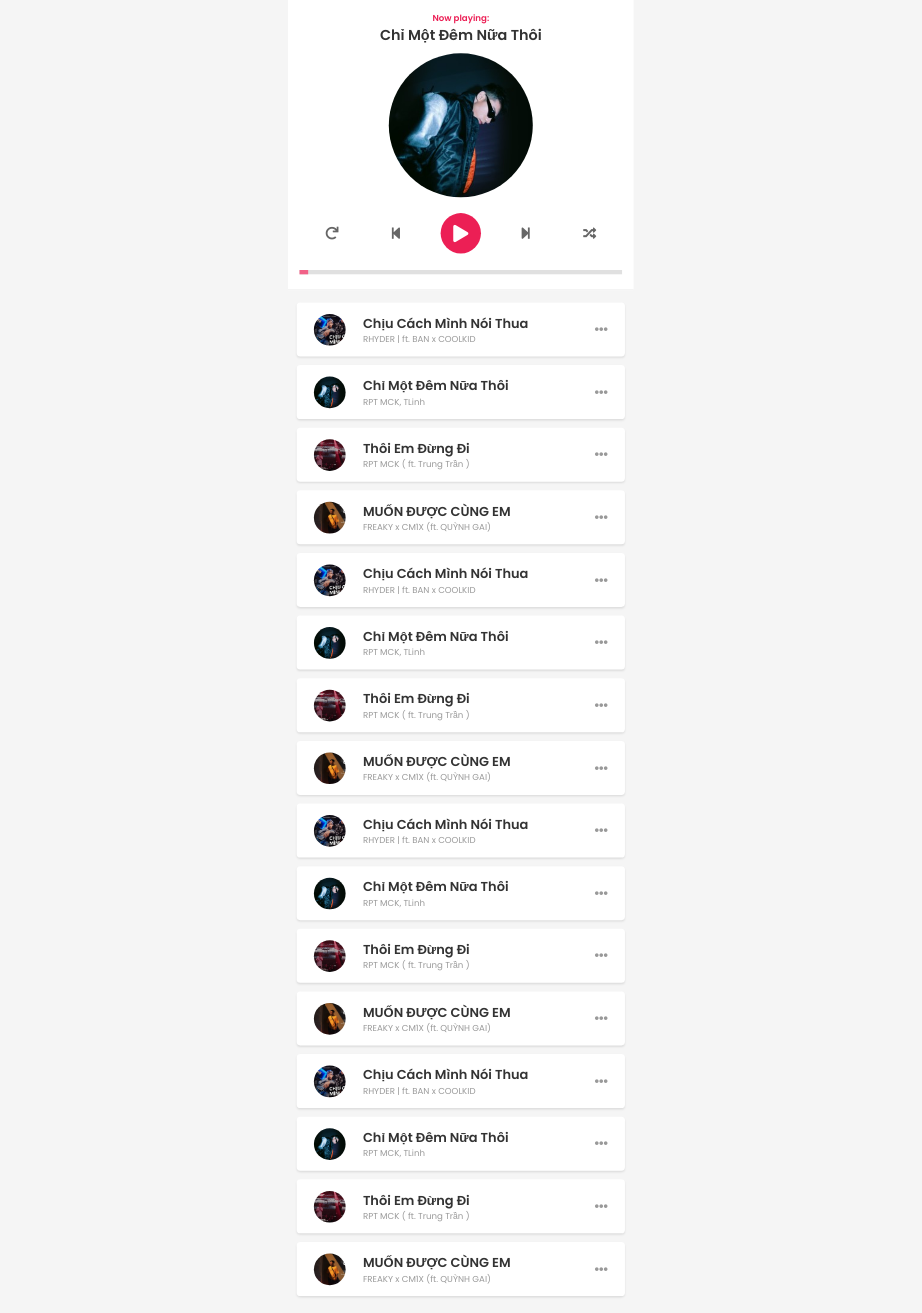
Repository: ChiNg22nd04/MusicPlayer
Page: index.html
The author's editor kept a copy of each file at every save. The page is drawn from the files as they stood at one save, then again after the next save.
The browser window is 1280 px wide. The pictures show the whole page, at 72% of full size.

Above is the page before, as saved 2023-12-31 16:47:05.

### index.html
<!DOCTYPE html>
<html lang="en">
<head>
    <meta charset="UTF-8">
    <meta name="viewport" content="width=device-width, initial-scale=1.0">
    <title>Music player</title>
    <link rel="stylesheet" href="https://cdnjs.cloudflare.com/ajax/libs/font-awesome/5.15.2/css/all.min.css" integrity="sha512-HK5fgLBL+xu6dm/Ii3z4xhlSUyZgTT9tuc/hSrtw6uzJOvgRr2a9jyxxT1ely+B+xFAmJKVSTbpM/CuL7qxO8w==" crossorigin="anonymous" />
    <link rel="preconnect" href="https://fonts.gstatic.com">
    <link href="https://fonts.googleapis.com/css2?family=Poppins:wght@300;400;600&display=swap" rel="stylesheet">
    <link rel="stylesheet" href="./assets/css/style.css">
</head>
<body>


<div class="player">
  <!-- Dashboard -->
  <div class="dashboard">
    <!-- Header -->
    <header>
      <h4>Now playing:</h4>
      <h2>String 57th & 9th</h2>
    </header>

    <!-- CD -->
    <div class="cd">
      <div class="cd-thumb"
        style="background-image: url(./assets/img/cmdnt.jpeg);">

      </div>
    </div>

    <!-- Control -->
    <div class="control">
      <div class="btn btn-repeat">
        <i class="fas fa-redo"></i>
      </div>
      <div class="btn btn-prev">
        <i class="fas fa-step-backward"></i>
      </div>
      <div class="btn btn-toggle-play">
        <i classa="fas fa-pause icon-pause"></i>
        <i class="fas fa-play icon-play"></i>
      </div>
      <div class="btn btn-next">
        <i class="fas fa-step-forward"></i>
      </div>
      <div class="btn btn-random">
        <i class="fas fa-random"></i>
      </div>
    </div>

    <input id="progress" class="progress" type="range" value="0" step="1" min="0" max="100">

    <audio id="audio" src=""></audio>
  </div>

  <!-- Playlist -->
  <div class="playlist">

  </div>
</div>
<script src="./main.js"></script>
<!-- Design from: https://static.collectui.com/shots/3671744/musicloud-revolutionary-app-for-music-streaming-large -->
</body>
</html>

### assets/css/style.css
:root {
    --primary-color: #ec1f55;
    --text-color: #333;
  }

  * {
    padding: 0;
    margin: 0;
    box-sizing: inherit;
  }

  body {
    background-color: #f5f5f5;
  }

  html {
    box-sizing: border-box;
    font-family: "Poppins", sans-serif;
  }

  .player {
    position: relative;
    max-width: 480px;
    margin: 0 auto;
  }

  .player .icon-pause {
    display: none ;

  }

  .player.playing .icon-pause {
    display: inline-block ;
  }

  .player.playing .icon-play {
    display: none;
  }

  .dashboard {
    padding: 16px 16px 14px;
    background-color: #fff;
    position: fixed;
    top: 0;
    width: 100%;
    max-width: 480px;
    border-bottom: 1px solid #ebebeb;
  }

  /* HEADER */
  header {
    text-align: center;
    margin-bottom: 10px;
  }

  header h4 {
    color: var(--primary-color);
    font-size: 12px;
  }

  header h2 {
    color: var(--text-color);
    font-size: 20px;
  }

  /* CD */
  .cd {
    display: flex;
    margin: auto;
    width: 200px;
  }

  .cd-thumb {
    width: 100%;
    padding-top: 100%;
    border-radius: 50%;
    background-color: #333;
    background-size: cover;
    margin: auto;
  }

  /* CONTROL */
  .control {
    display: flex;
    align-items: center;
    justify-content: space-around;
    padding: 18px 0 8px 0;
  }

  .control .btn {
    color: #666;
    padding: 18px;
    font-size: 18px;
  }

  .control .btn.active {
    color: var(--primary-color);
  }
  .control .btn-toggle-play {
    width: 56px;
    height: 56px;
    border-radius: 50%;
    font-size: 24px;
    color: #fff;
    display: flex;
    align-items: center;
    justify-content: center;
    background-color: var(--primary-color);
  }

  .progress {
    width: 100%;
    -webkit-appearance: none;
    height: 6px;
    background: #d3d3d3;
    outline: none;
    opacity: 0.7;
    -webkit-transition: 0.2s;
    transition: opacity 0.2s;
  }

  .progress::-webkit-slider-thumb {
    -webkit-appearance: none;
    appearance: none;
    width: 12px;
    height: 6px;
    background-color: var(--primary-color);
    cursor: pointer;
  }

  /* PLAYLIST */
  .playlist {
    margin-top: 408px;
    padding: 12px;
  }

  .song {
    display: flex;
    align-items: center;
    margin-bottom: 12px;
    background-color: #fff;
    padding: 8px 16px;
    border-radius: 5px;
    box-shadow: 0 2px 3px rgba(0, 0, 0, 0.1);
  }

  .song.active {
    background-color: var(--primary-color);
  }

  .song:active {
    opacity: 0.8;
  }

  .song.active .option,
  .song.active .author,
  .song.active .title {
    color: #fff;
  }

  .song .thumb {
    width: 44px;
    height: 44px;
    border-radius: 50%;
    background-size: cover;
    margin: 0 8px;
  }

  .song .body {
    flex: 1;
    padding: 0 16px;
  }

  .song .title {
    font-size: 18px;
    color: var(--text-color);
  }

  .song .author {
    font-size: 12px;
    color: #999;
  }

  .song .option {
    padding: 16px 8px;
    color: #999;
    font-size: 18px;
  }

### main.js
const $ = document.querySelector.bind(document);
const $$ = document.querySelectorAll.bind(document);

const playlist = $('.playlist');
const audio = $('#audio');
const heading = $('header h2');
const cdThumb = $('.cd-thumb');
const playBtn = $('.btn-toggle-play');
const player = $('.player');
const nextBtn = $('.btn-next');
const prevBtn = $('.btn-prev');
//! List bài hát
const app = {
    currentIndex: 0,
    isPlaying: false,
    listSong: [
        {
            name: 'Chịu Cách Mình Nói Thua',
            singer: 'RHYDER | ft. BAN x COOLKID ',
            path: './assets/music/ChiuCachMinhNoiThua-RHYDERCoolkidBAN-12449134.mp3',
            img:'./assets/img/ccmnt.jpeg',
        },
        {
            name: 'Chỉ Một Đêm Nữa Thôi',
            singer: 'RPT MCK, TLinh',
            path: './assets/music/ChiMotDemNuaThoi-MCK-8804087.mp3',
            img: './assets/img/cmdnt.jpeg',
        },
        {
            name: 'Thôi Em Đừng Đi',
            singer: 'RPT MCK ( ft. Trung Trần )',
            path: './assets/music/ThoiEmDungDi-MCK-8804088.mp3',
            img: './assets/img/tedd.jpeg',
        },
        {
            name: 'MUỐN ĐƯỢC CÙNG EM',
            singer: 'FREAKY x CM1X (ft. QUỲNH GAI)',
            path: './assets/music/MuonDuocCungEm-Freaky-6792500.mp3',
            img: './assets/img/mdce.jpeg',
        },
        {
            name: 'Chịu Cách Mình Nói Thua',
            singer: 'RHYDER | ft. BAN x COOLKID ',
            path: './assets/music/ChiuCachMinhNoiThua-RHYDERCoolkidBAN-12449134.mp3',
            img:'./assets/img/ccmnt.jpeg',
        },
        {
            name: 'Chỉ Một Đêm Nữa Thôi',
            singer: 'RPT MCK, TLinh',
            path: './assets/music/ChiMotDemNuaThoi-MCK-8804087.mp3',
            img: './assets/img/cmdnt.jpeg',
        },
        {
            name: 'Thôi Em Đừng Đi',
            singer: 'RPT MCK ( ft. Trung Trần )',
            path: './assets/music/ThoiEmDungDi-MCK-8804088.mp3',
            img: './assets/img/tedd.jpeg',
        },
        {
            name: 'MUỐN ĐƯỢC CÙNG EM',
            singer: 'FREAKY x CM1X (ft. QUỲNH GAI)',
            path: './assets/music/MuonDuocCungEm-Freaky-6792500.mp3',
            img: './assets/img/mdce.jpeg',
        },
        {
            name: 'Chịu Cách Mình Nói Thua',
            singer: 'RHYDER | ft. BAN x COOLKID ',
            path: './assets/music/ChiuCachMinhNoiThua-RHYDERCoolkidBAN-12449134.mp3',
            img:'./assets/img/ccmnt.jpeg',
        },
        {
            name: 'Chỉ Một Đêm Nữa Thôi',
            singer: 'RPT MCK, TLinh',
            path: './assets/music/ChiMotDemNuaThoi-MCK-8804087.mp3',
            img: './assets/img/cmdnt.jpeg',
        },
        {
            name: 'Thôi Em Đừng Đi',
            singer: 'RPT MCK ( ft. Trung Trần )',
            path: './assets/music/ThoiEmDungDi-MCK-8804088.mp3',
            img: './assets/img/tedd.jpeg',
        },
        {
            name: 'MUỐN ĐƯỢC CÙNG EM',
            singer: 'FREAKY x CM1X (ft. QUỲNH GAI)',
            path: './assets/music/MuonDuocCungEm-Freaky-6792500.mp3',
            img: './assets/img/mdce.jpeg',
        },
        {
            name: 'Chịu Cách Mình Nói Thua',
            singer: 'RHYDER | ft. BAN x COOLKID ',
            path: './assets/music/ChiuCachMinhNoiThua-RHYDERCoolkidBAN-12449134.mp3',
            img:'./assets/img/ccmnt.jpeg',
        },
        {
            name: 'Chỉ Một Đêm Nữa Thôi',
            singer: 'RPT MCK, TLinh',
            path: './assets/music/ChiMotDemNuaThoi-MCK-8804087.mp3',
            img: './assets/img/cmdnt.jpeg',
        },
        {
            name: 'Thôi Em Đừng Đi',
            singer: 'RPT MCK ( ft. Trung Trần )',
            path: './assets/music/ThoiEmDungDi-MCK-8804088.mp3',
            img: './assets/img/tedd.jpeg',
        },
        {
            name: 'MUỐN ĐƯỢC CÙNG EM',
            singer: 'FREAKY x CM1X (ft. QUỲNH GAI)',
            path: './assets/music/MuonDuocCungEm-Freaky-6792500.mp3',
            img: './assets/img/mdce.jpeg',
        },

    ],

    //hàm để render ra view
    render: function() {
        const htmls = this.listSong.map((song) => {
            return `
            <div class="song">
                <div class="thumb"
                    style="background-image: url('${song.img}');">
                </div>
                <div class="body">
                    <h3 class="title">${song.name}</h3>
                    <p class="author">${song.singer}</p>
                </div>
                <div class="option">
                    <i class="fas fa-ellipsis-h"></i>
                </div>
            </div>
       `

        })
        $('.playlist').innerHTML = htmls.join('\n');
    },
    //handleEven
    handleEnvens: function() {
        // xử lý phóng to thu nhỏ
        const cdWidth =  $('.cd').offsetWidth
        document.onscroll = function() {
            // const scroll = window.scrollY
            const scroll = document.documentElement.scrollTop || window.scrollY
            const cdNew = cdWidth - scroll
            // nếu cdNew > 0 thì
            $('.cd').style.width = cdNew  > 0 ? cdNew + 'px' : 0;
            $('.cd').style.opacity = cdNew / cdWidth;
        }

        //lắng nghe sự kiện click play
        playBtn.onclick = function() {
            audio.play()
            player.classList.add('playing')
            //nếu đang playing thì phải pause còn k thì ngược lại
            if(app.isPlaying) {
                // app.isPlaying = false;
                audio.pause();
                // player.classList.remove('playing');
            }
            else {
                // app.isPlaying = true;
                audio.play();
                // player.classList.add('playing');
            }
        }

        //khi song được play lắng nghe trên thẻ audio
        audio.onplay = function() {
            app.isPlaying = true;
            player.classList.add('playing');
        }
        //khi song bị pause
        audio.onpause = function() {
            app.isPlaying = false;
            player.classList.remove('playing');
        }

        //khi next song
        nextBtn.onclick = function() {
            app.nextSong();
            audio.play();
        }
    },
    //hàm để xử lý khi click vào song
    // songActive: function() {
    //     const songList = $$('.song')
    //     for (var i = 0; i < songList.length; i++) {
    //         songList[i].onclick = function() {
    //             console.log(this.name);
    //         }
    //     }
    // },

    //prev song
    prevSong: function() {
        this.currentIndex--;
        if(this.currentIndex < 0) {
            this.currentIndex = this.listSong.length - 1;
        }
        this.loadCurrentSong();
    },

    //next song
    nextSong: function() {
        this.currentIndex++;
        if(this.currentIndex >= this.listSong.length) {
            this.currentIndex = 0;
        }
        this.loadCurrentSong();
    },

    //hàm để lấy ra bài hát hiện tại
    getCurrentSong: function() {
        return this.listSong[this.currentIndex].name;
    },
    //hàm để load bài hát hiện tại
    loadCurrentSong: function() {

        heading.textContent = this.listSong[this.currentIndex].name;
        cdThumb.style.backgroundImage = `url(${this.listSong[this.currentIndex].img})`;
        audio.src = this.listSong[this.currentIndex].path;
    },

    //pthức start() để bắt đầu
    start: function() {
        //lắng nghe và xử lý các sự kiện
        this.handleEnvens()
        //render playlist
        this.render()
        this.getCurrentSong()
        this.loadCurrentSong()
        this.nextSong()
    }
}

app.start();

After the next save:
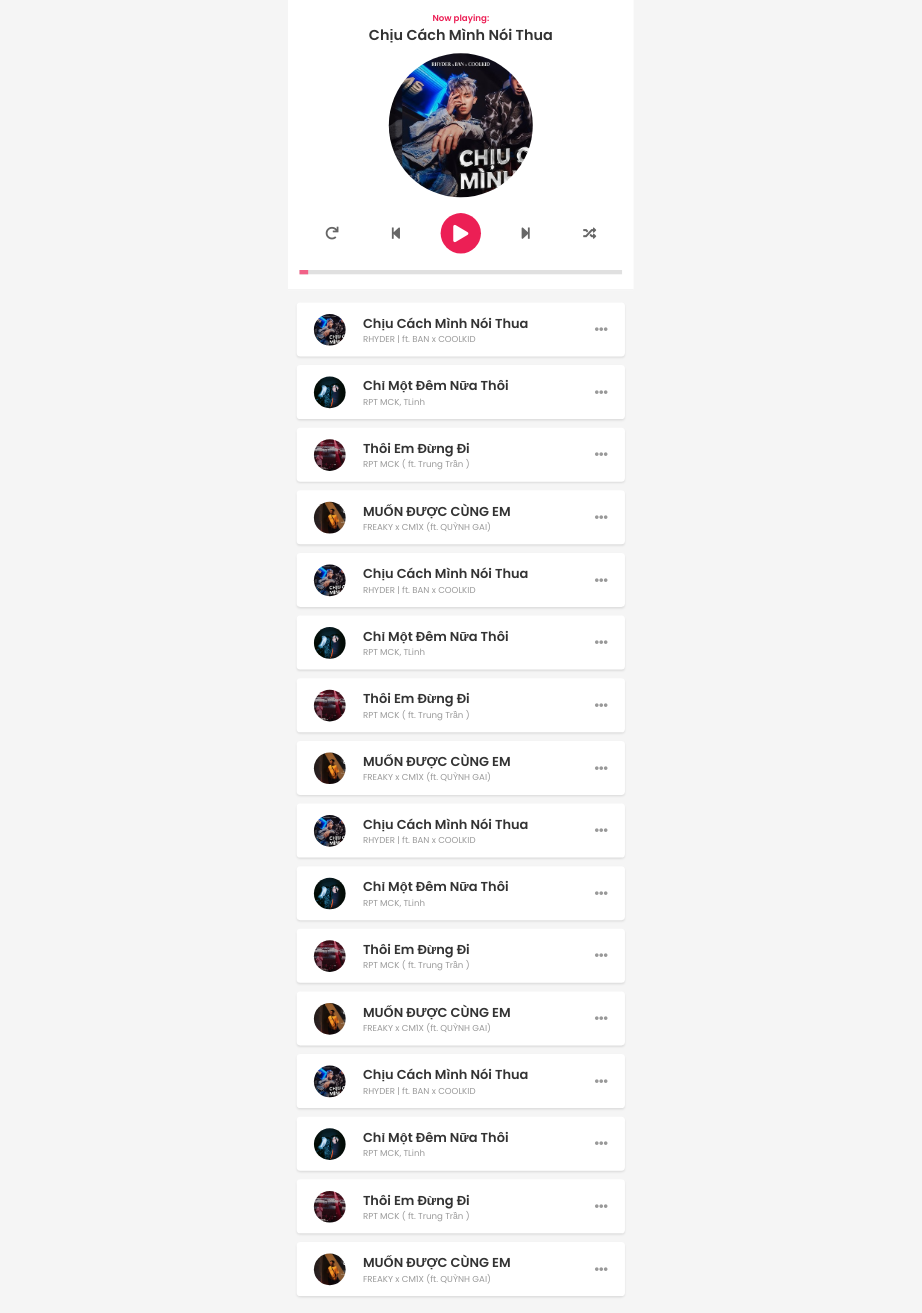
Saved 11 s later.
--- a/main.js
+++ b/main.js
@@ -230,6 +230,7 @@ const app = {
         this.getCurrentSong()
         this.loadCurrentSong()
         this.nextSong()
+        this.prevSong()
     }
 }
 
